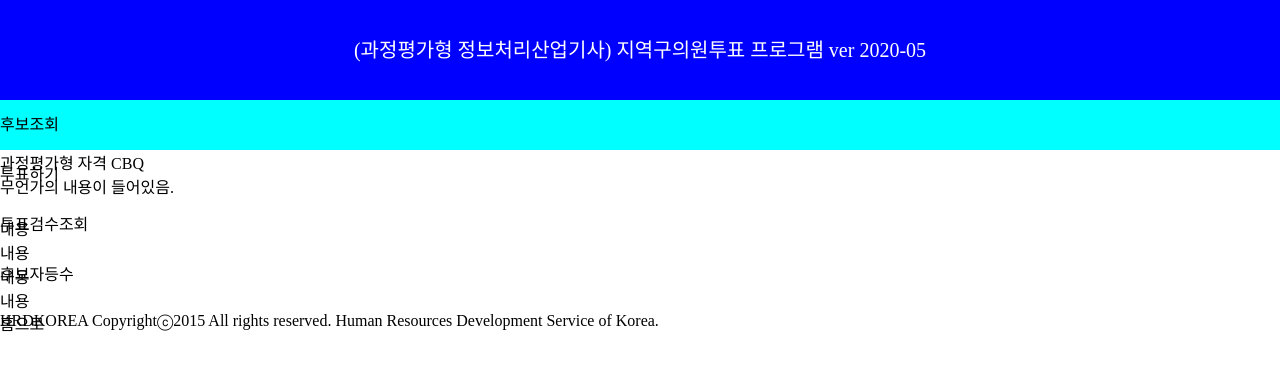
Repository: kayeunae/mvc-pattern
Page: http://localhost/VOTE_1234/
An editor plug-in stored every save of this project. The page is shown before and after the next save, followed by the edit.
The browser window is 1280 px wide. The pictures show the whole page.
The page is served by Tomcat 9. Other server files are loaded and not shown.

Above is the page before, as saved 2022-12-21 05:02:56.

### VOTE_1234/src/main/webapp/index.jsp
<%@ page language="java" contentType="text/html; charset=UTF-8"
    pageEncoding="UTF-8"%>
<!DOCTYPE html>
<html>
<head>
<meta charset="UTF-8">
<title>Insert title here</title>
<link rel="stylesheet" href="style.css">
</head>
<body>
	<%@ include file="topmenu.jsp" %>
	<section>
		<p>과정평가형 자격 CBQ</p>
		<span>무언가의 내용이 들어있음.</span> <br />
		<br />
		<ul>
			<li>내용</li>
			<li>내용</li>
			<li>내용</li>
			<li>내용</li>
		</ul>
	</section>
	<%@ include file="footer.jsp" %>
</body>
</html>

### VOTE_1234/src/main/webapp/topmenu.jsp
<%@ page language="java" contentType="text/html; charset=UTF-8"
    pageEncoding="UTF-8"%>
<!DOCTYPE html>
<html>
<head>
<meta charset="UTF-8">
<title>Insert title here</title>
</head>
<body>
	<header>(과정평가형 정보처리산업기사) 지역구의원투표 프로그램 ver 2020-05</header>
	<nav>
		<ul>
			<li>후보조회</li>
			<li>투표하기</li>
			<li>투표검수조회</li>
			<li>후보자등수</li>
			<li>홈으로</li>
		</ul>
	</nav>
</body>
</html>

### VOTE_1234/src/main/webapp/footer.jsp
<%@ page language="java" contentType="text/html; charset=UTF-8"
    pageEncoding="UTF-8"%>
<!DOCTYPE html>
<html>
<head>
<meta charset="UTF-8">
<title>Insert title here</title>
</head>
<body>
	<footer>
	HRDKOREA Copyrightⓒ2015 All rights reserved. Human Resources Development Service of Korea.
	</footer>

</body>
</html>

### VOTE_1234/src/main/webapp/style.css
@charset "UTF-8";

/*초기화 코드*/
* {
margin: 0;
padding: 0;
}

/*topmenu.jsp*/
header {
	top: 0;
	height: 100px;
	line-height: 100px;
	width: 100%;
	background: blue;
	text-align: center;
	font-size: 20px;
	color: white;
}

nav {
	height: 50px;
	line-height: 50px;
	background: aqua;
}

After the next save:
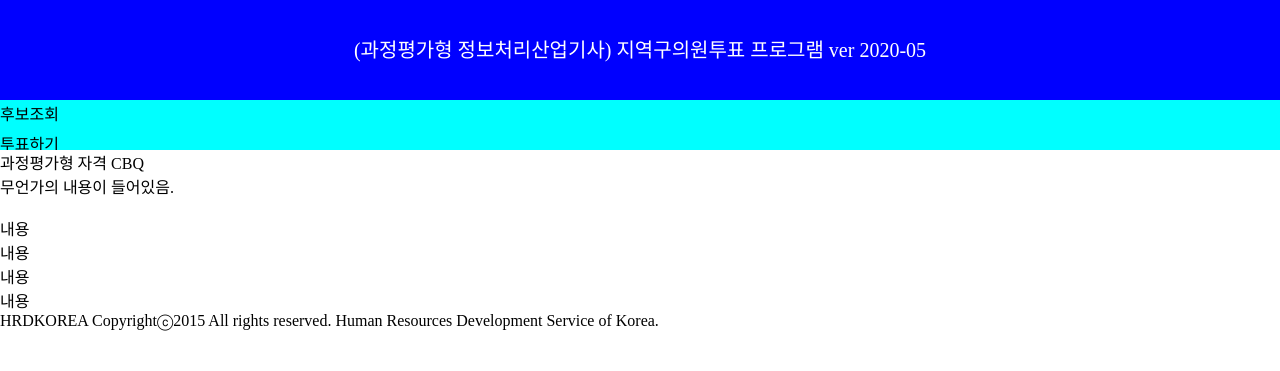
Saved 41 s later.
--- a/VOTE_1234/src/main/webapp/style.css
+++ b/VOTE_1234/src/main/webapp/style.css
@@ -20,6 +20,8 @@
 
 nav {
 	height: 50px;
-	line-height: 50px;
+	width: 100%;
+	line-height: 30px;
 	background: aqua;
+	overflow: hidden;
 }
